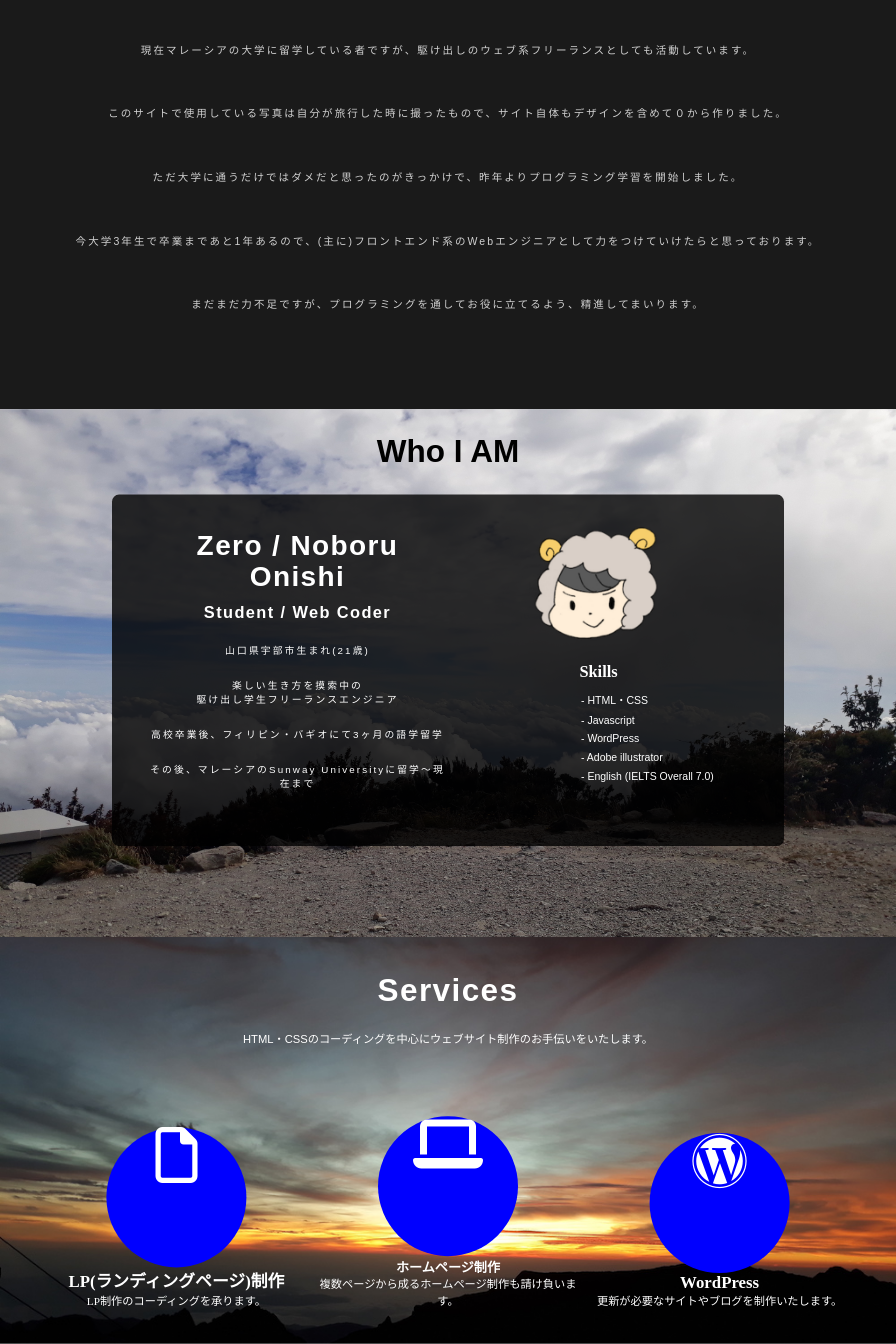
Repository: ZeroRequiem126/MyPortfolioSite
Page: top.html
The author's editor kept a record of every edit. The page is drawn from the files as they stood at one moment, then again after the next edit.
The browser window is 1280 px wide. The pictures show the part of the page from y = 891 to 2811 px (the page is 2811 px tall), at 70% of full size.
Some web libraries are served in a nearby version.

Above is the page before.

After the next edit:
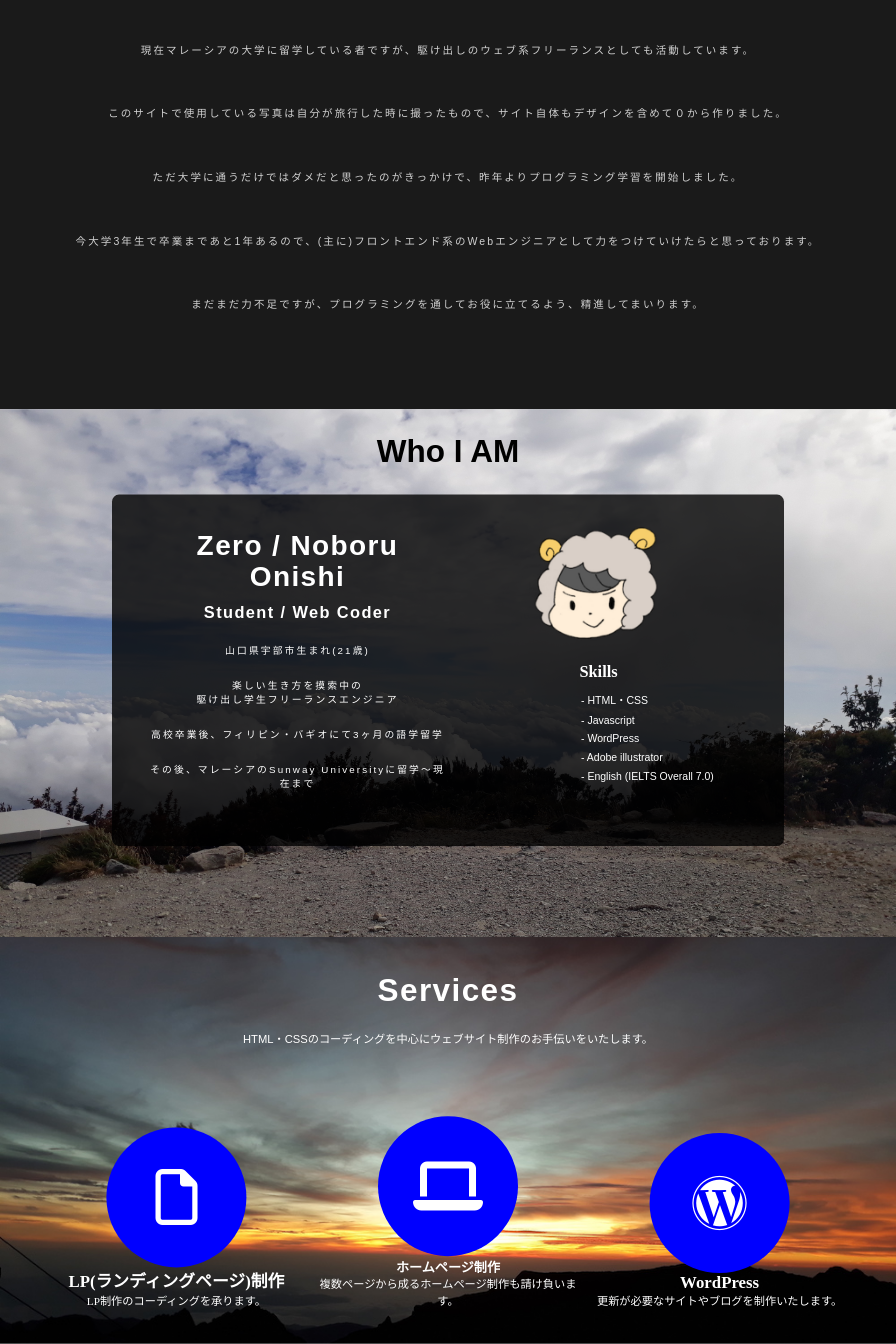
The edit:
--- a/top.css
+++ b/top.css
@@ -192,4 +192,5 @@
     background-color: blue;
     width: 200px;
     height: 200px;
+    line-height: 200px;
 }
